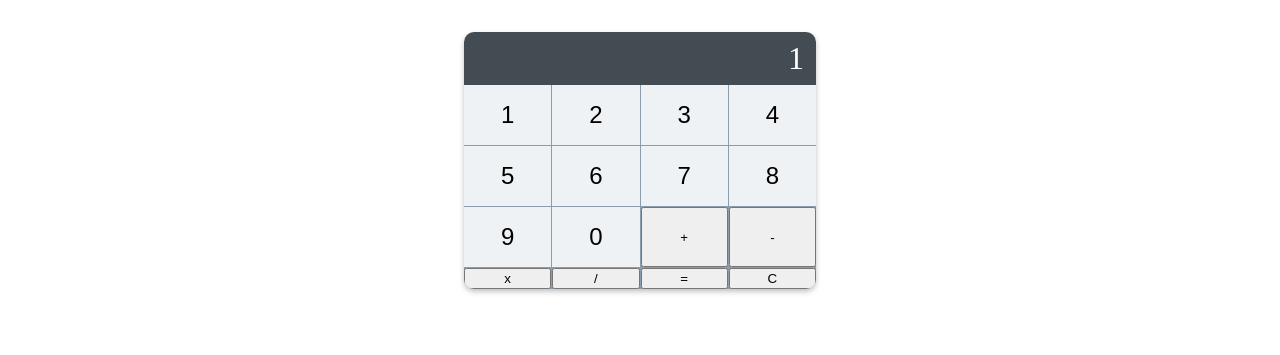
Repository: TEazy2433/LAB-calculator
Page: index.html
These files come from the project's save history. The page is drawn as it stood at one moment and after the next save; the edit follows.
The browser window is 1280 px wide. The pictures show the whole page.

Above is the page before, as saved 2023-10-13 17:24:09.

### index.html
<!DOCTYPE html>
<html lang="en">
<head>
  <meta charset="UTF-8">
  <meta name="viewport" content="width=device-width, initial-scale=1.0">
  <title>calculator</title>
  <link rel="stylesheet" href="main.css">
</head>
<body>

  <div class="container">
    <div class="display">1</div>
    <div class="buttons">
      <button class="key">1</button>
      <button class="key">2</button>
      <button class="key">3</button>
      <button class="key">4</button>
      <button class="key">5</button>
      <button class="key">6</button>
      <button class="key">7</button>
      <button class="key">8</button>
      <button class="key">9</button>
      <button class="key">0</button>
      <button class="operator">+</button>
      <button class="operator">-</button>
      <button class="operator">x</button>
      <button class="operator">/</button>
      <button class="equals">=</button>
      <button class="clear">C</button>



    </div>
  </div>


</body>
</html>

### main.css
.container{
  border-radius: 10px;
  box-shadow: 0px 3px 6px 0px rgba(0, 0, 0, 0.15), 0px 2px 4px 0px rgba(0, 0, 0, 0.12);
  margin-inline-start: auto;
  margin-inline-end: auto;
  margin-block-start: 2em;
  max-inline-size: 22rem;
  overflow: hidden;
}
.display{
  background: hsl(202, 11%, 29%);
  color: hsl(255, 100%, 100%);
  font-size: 2rem;
  padding-block-start: 0.5rem;
  padding-block-end: 0.5rem;
  padding-inline-end: 0.75rem;
  text-align: end;
}
.buttons{
  display: grid;
  grid-template-columns: repeat(4, 1fr);
  grid-gap: 1px;
  background: hsl(207, 19%, 61%);
}
.key{
  background: hsl(210, 25%, 95%);
  border: none;
  padding-block-start: 1rem;
  padding-block-end: 1rem;
  padding-inline-end: 1.25rem;
  padding-inline-start: 1.25rem;
  font-size: 1.5rem;
}
.operator{

}
.equals{

}

After the next save:
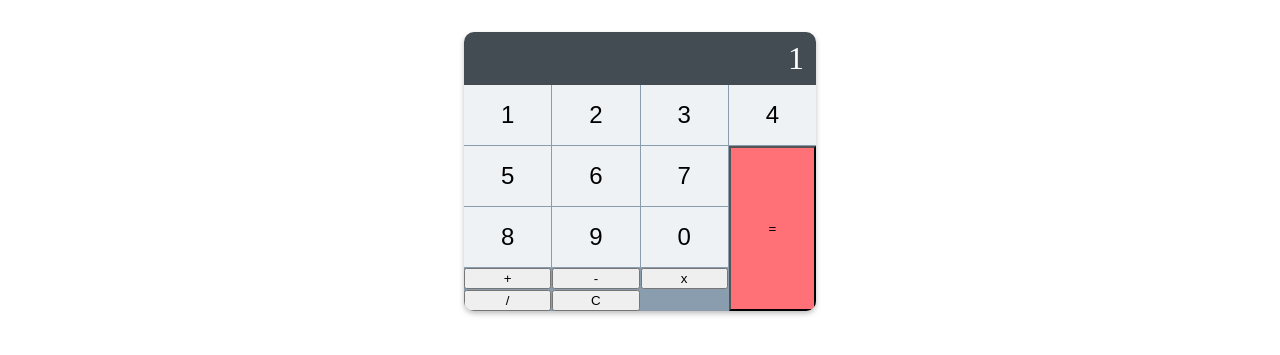
Saved 34 s later.
--- a/main.css
+++ b/main.css
@@ -35,5 +35,7 @@
 
 }
 .equals{
-
+  grid-column: 4 / 5;
+  grid-row: 2 / span 4;
+  background: hsl(357, 100%, 72%);
 }
